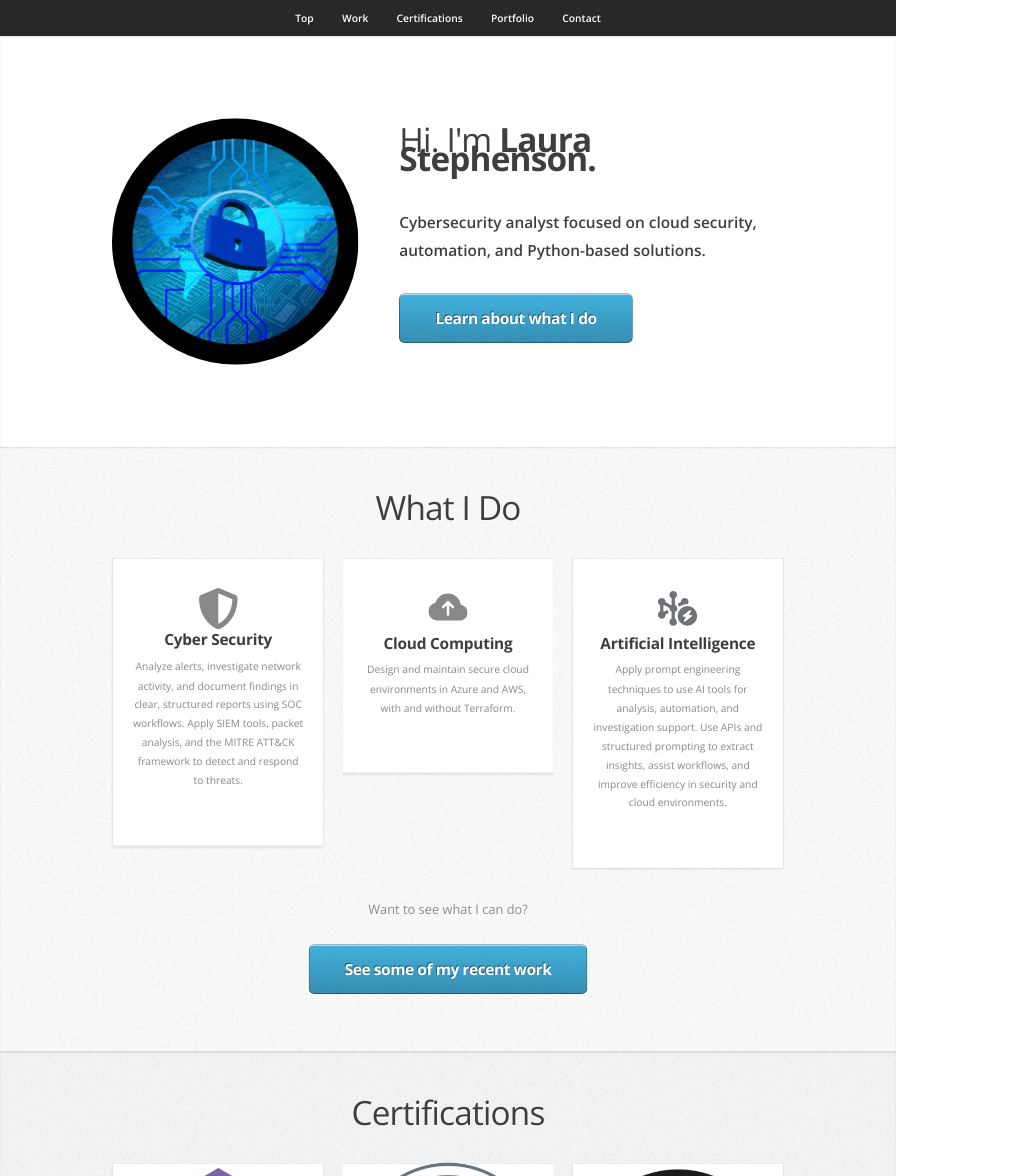
Repository: lauralstephenson/Portfolio_Personal
Page: index.html
The author's editor kept a copy of each file at every save. The page is drawn from the files as they stood at one save, then again after the next save.
The browser window is 1280 px wide. The page is 1280 px wide, then 1450 px, then 1280 px, so the pictures cover 1450 px, including what lies to the right of the window. The pictures show the part of the page from y = 0 to 1680 px (the page is 5592 px tall before and 22954 px after), at 70% of full size.

Above is the page before, as saved 2026-07-20 13:50:25.

After the next save:
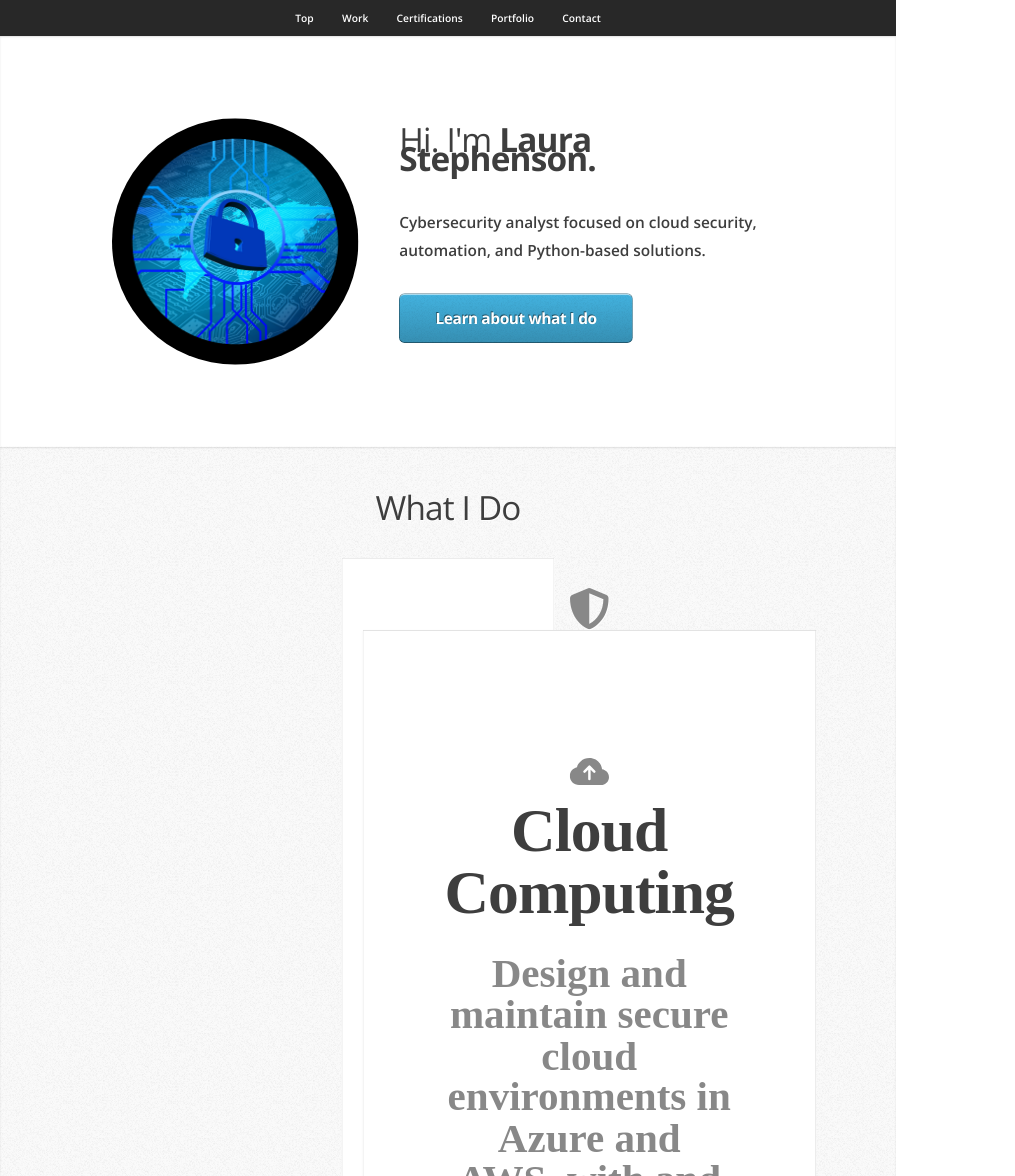
Saved 83 s later.
--- a/index.html
+++ b/index.html
@@ -55,7 +55,7 @@
 						<div class="col-4 col-6-medium col-12-small">
 							<section class="box style1">
 								<div class="box-content">
-									<i class="fas fa-shield-alt fa-4x" width="56" height="56"></i>
+									<i class="fas fa-shield-alt fa-4x" style="margin-bottom: 20px;></i>
 									<h3>Cyber Security</h3>
 									<p>Analyze alerts, investigate network activity, and document findings in clear, structured reports using SOC workflows. Apply SIEM tools, packet analysis, and the MITRE ATT&CK framework to detect and respond to threats.</p>
 								</div>

After the 2 saves that followed:
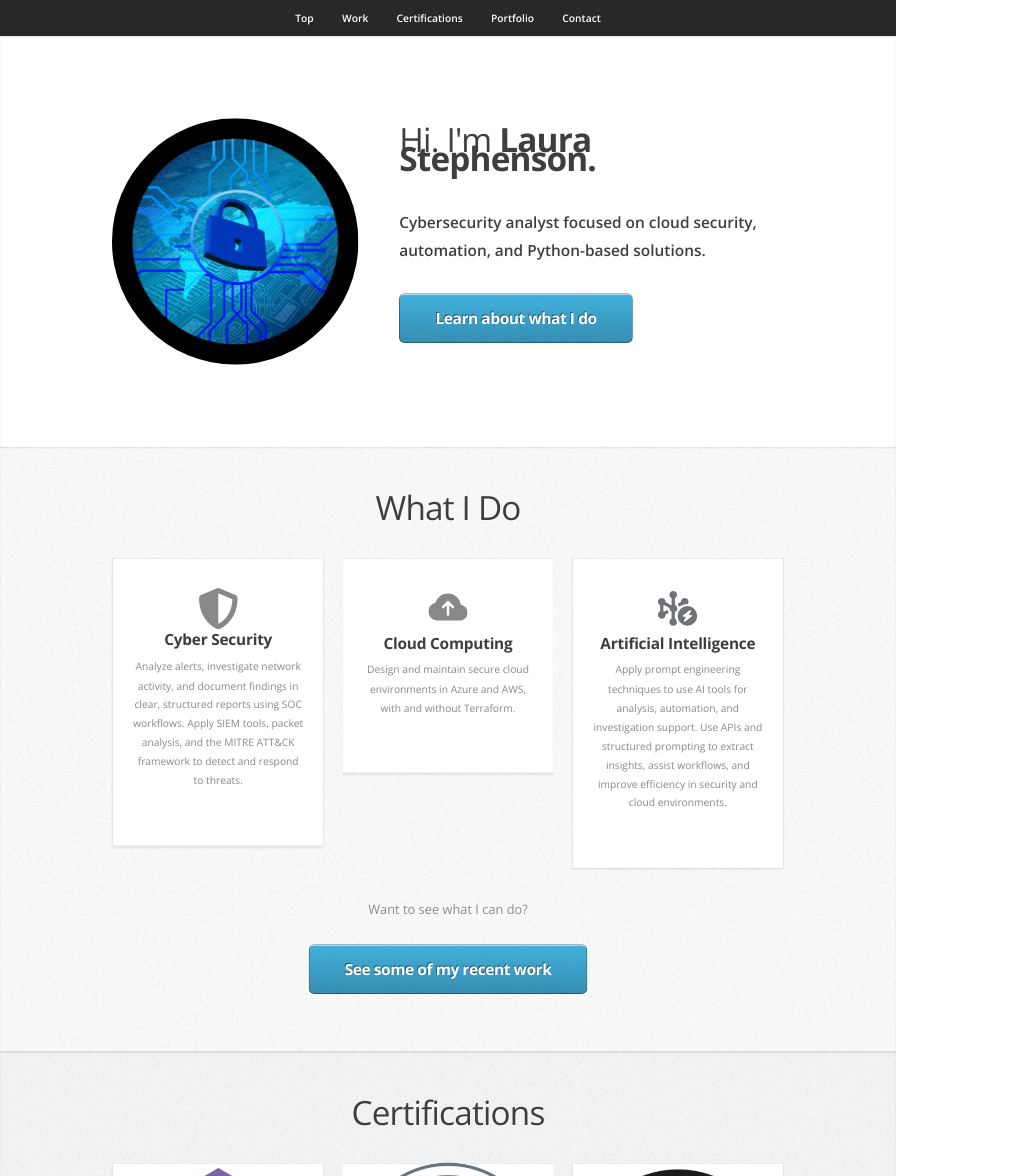
The 2 saves are shown as one change because they came seconds apart.
The last was saved 10 s later.
--- a/index.html
+++ b/index.html
@@ -55,7 +55,7 @@
 						<div class="col-4 col-6-medium col-12-small">
 							<section class="box style1">
 								<div class="box-content">
-									<i class="fas fa-shield-alt fa-4x" style="margin-bottom: 20px;></i>
+									<i class="fas fa-shield-alt fa-4x" ></i>
 									<h3>Cyber Security</h3>
 									<p>Analyze alerts, investigate network activity, and document findings in clear, structured reports using SOC workflows. Apply SIEM tools, packet analysis, and the MITRE ATT&CK framework to detect and respond to threats.</p>
 								</div>
